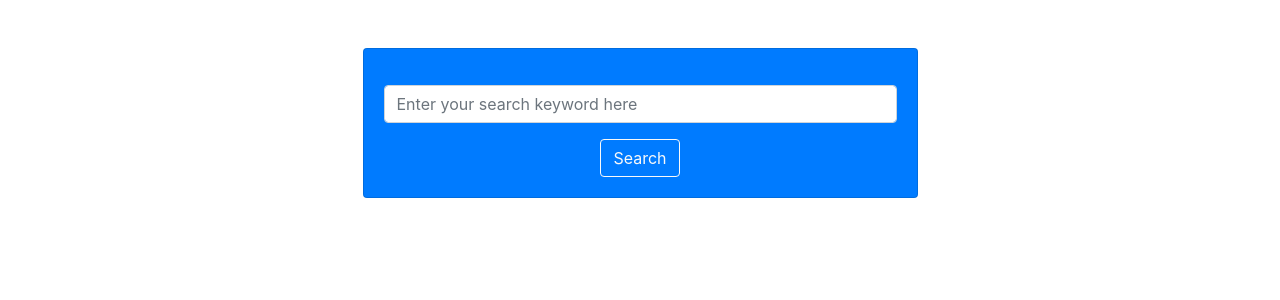
Repository: modinilesh/SpringMVC
Page: http://localhost/springmvcsearch/home
The author's editor kept a copy of each file at every save. The page is drawn from the files as they stood at one save, then again after the next save.
The browser window is 1280 px wide. The pictures show the whole page.
Some web libraries are served in a nearby version. The page is served by Tomcat 9. Other server files are loaded and not shown.

Above is the page before, as saved 2023-10-20 07:25:08.

### springmvcsearch/src/main/webapp/WEB-INF/spring-servlet.xml
<?xml version="1.0" encoding="UTF-8"?>
<beans xmlns="http://www.springframework.org/schema/beans"
	xmlns:xsi="http://www.w3.org/2001/XMLSchema-instance"
	xmlns:context="http://www.springframework.org/schema/context"
	xmlns:p="http://www.springframework.org/schema/p"
	xmlns:tx="http://www.springframework.org/schema/tx"
	xsi:schemaLocation="http://www.springframework.org/schema/beans
		http://www.springframework.org/schema/beans/spring-beans.xsd
		http://www.springframework.org/schema/context
		http://www.springframework.org/schema/context/spring-context.xsd
		http://www.springframework.org/schema/mvc
        http://www.springframework.org/schema/mvc/spring-mvc.xsd
        http://www.springframework.org/schema/tx
        http://www.springframework.org/schema/tx/spring-tx.xsd">


	<context:component-scan base-package="springmvcsearch" /> <!--it will activate all annotations used in each packages starting with
		springmvcsearch name -->

	<!--Step-3 : Configuring view Resolver -->

	<bean
		class="org.springframework.web.servlet.view.InternalResourceViewResolver"
		name="viewResolver">
		<property name="prefix" value="/WEB-INF/views/" />
		<property name="suffix" value=".jsp" />
	</bean>


</beans>

### springmvcsearch/src/main/webapp/WEB-INF/views/home.jsp
<!doctype html>
<html lang="en">
<head>
<!-- Required meta tags -->
<meta charset="utf-8">
<meta name="viewport"
	content="width=device-width, initial-scale=1, shrink-to-fit=no">

<!-- Bootstrap CSS -->
<link rel="stylesheet"
	href="https://cdn.jsdelivr.net/npm/bootstrap@4.0.0/dist/css/bootstrap.min.css"
	integrity="sha384-Gn5384xqQ1aoWXA+058RXPxPg6fy4IWvTNh0E263XmFcJlSAwiGgFAW/dAiS6JXm"
	crossorigin="anonymous">

<title>Home Page</title>
</head>
<body>

	<div class="container">

		<div class="card mx-auto mt-5 bg-primary" style="width: 50%">

			<div class="card-body">

				<form action="" class="mt-3">

					<div class="form-group">
						<input type="text" name="querybox"
							placeholder="Enter your search keyword here" class="form-control" />
					</div>

					<div class="container text-center">
						<button class="btn btn-outline-light">Search</button>
					</div>

				</form>

			</div>

		</div>

	</div>





	<!-- Optional JavaScript -->
	<!-- jQuery first, then Popper.js, then Bootstrap JS -->
	<script src="https://code.jquery.com/jquery-3.2.1.slim.min.js"
		integrity="sha384-KJ3o2DKtIkvYIK3UENzmM7KCkRr/rE9/Qpg6aAZGJwFDMVNA/GpGFF93hXpG5KkN"
		crossorigin="anonymous"></script>
	<script
		src="https://cdn.jsdelivr.net/npm/popper.js@1.12.9/dist/umd/popper.min.js"
		integrity="sha384-ApNbgh9B+Y1QKtv3Rn7W3mgPxhU9K/ScQsAP7hUibX39j7fakFPskvXusvfa0b4Q"
		crossorigin="anonymous"></script>
	<script
		src="https://cdn.jsdelivr.net/npm/bootstrap@4.0.0/dist/js/bootstrap.min.js"
		integrity="sha384-JZR6Spejh4U02d8jOt6vLEHfe/JQGiRRSQQxSfFWpi1MquVdAyjUar5+76PVCmYl"
		crossorigin="anonymous"></script>
</body>
</html>

### springmvcsearch/src/main/java/springmvcsearch/SearchController.java
package springmvcsearch;

import org.springframework.stereotype.Controller;
import org.springframework.web.bind.annotation.RequestMapping;

@Controller
public class SearchController {

	@RequestMapping("/home")
	public String home() {
		return "home";
	}

}

After the next save:
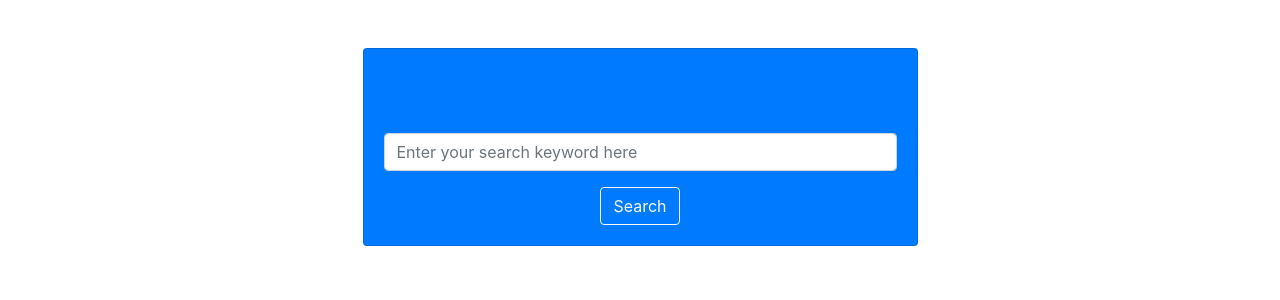
Saved 55 s later.
--- a/springmvcsearch/src/main/webapp/WEB-INF/views/home.jsp
+++ b/springmvcsearch/src/main/webapp/WEB-INF/views/home.jsp
@@ -20,7 +20,7 @@
 
 		<div class="card mx-auto mt-5 bg-primary" style="width: 50%">
 
-			<div class="card-body">
+			<div class="card-body mt-5">
 
 				<form action="" class="mt-3">
 

After the save that followed:
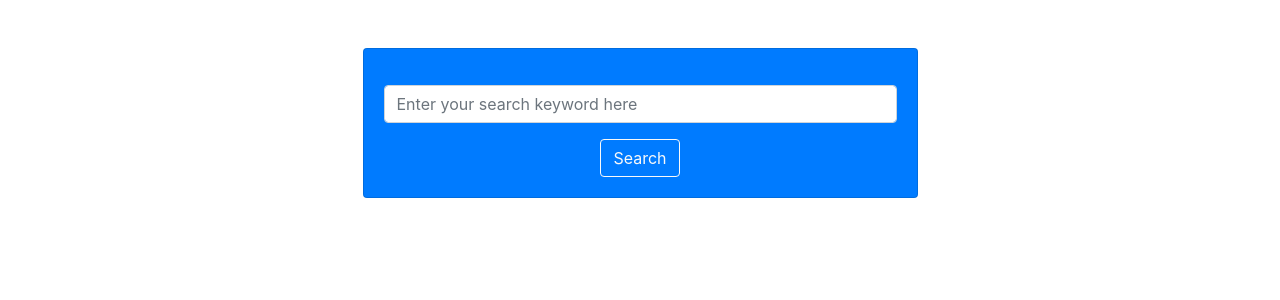
Saved 17 s later.
--- a/springmvcsearch/src/main/webapp/WEB-INF/views/home.jsp
+++ b/springmvcsearch/src/main/webapp/WEB-INF/views/home.jsp
@@ -20,7 +20,7 @@
 
 		<div class="card mx-auto mt-5 bg-primary" style="width: 50%">
 
-			<div class="card-body mt-5">
+			<div class="card-body">
 
 				<form action="" class="mt-3">
 
